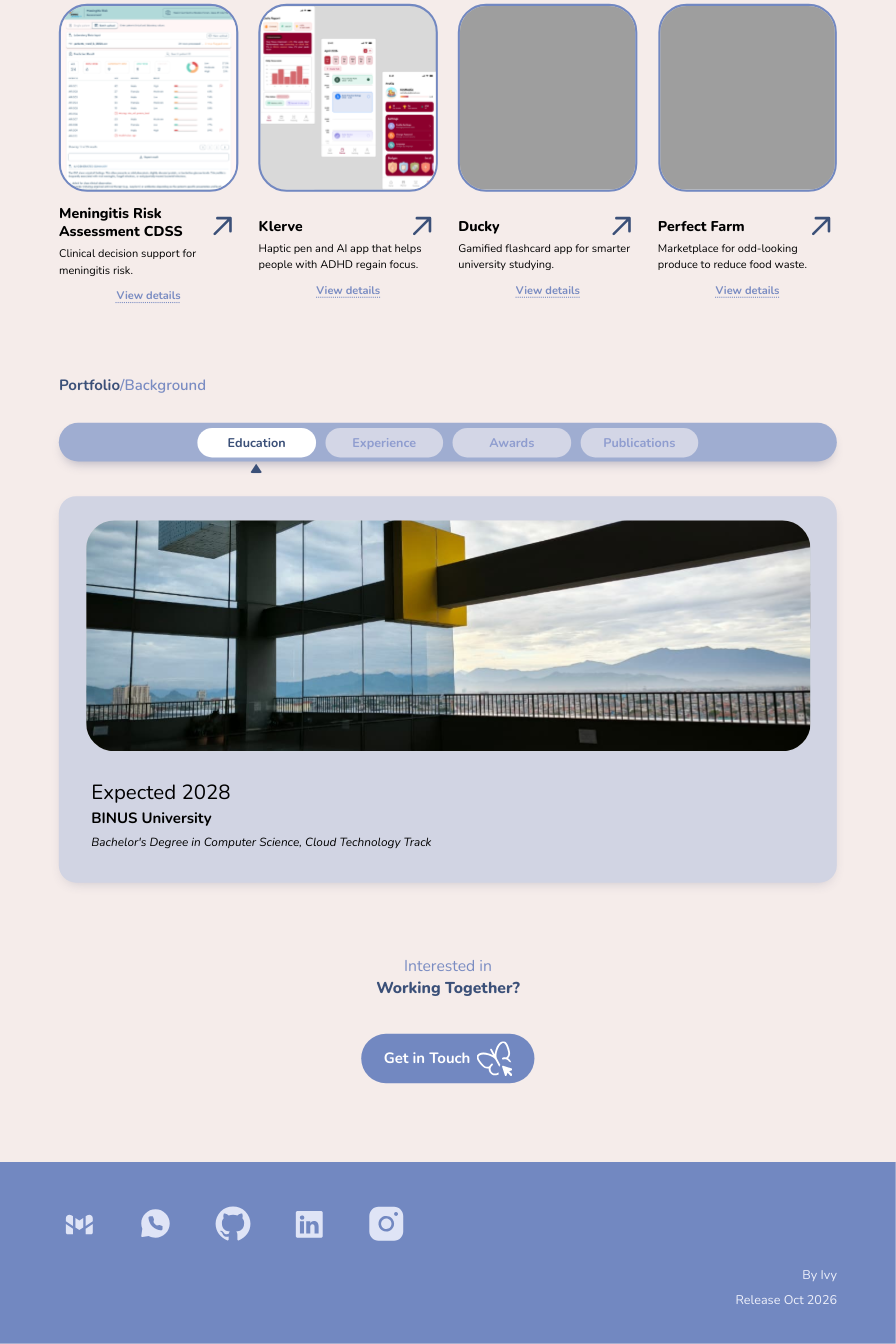
Repository: L-vy/L-vy
Page: /
The author's editor kept a copy of each file at every save. The page is drawn from the files as they stood at one save, then again after the next save.
The browser window is 1280 px wide. The pictures show the part of the page from y = 1338 to 3258 px (the page is 3258 px tall before and 3226 px after), at 70% of full size.
Pictures or frames that could not be fetched are drawn as grey boxes. Some web fonts or font styles are not loaded; a fallback is used. The project was rebuilt for these pictures with package versions that can differ from the ones it lists, and the page was loaded fresh each time. Also part of the build but not shown: vite.config.ts, src/components/ExperienceBinder.tsx, src/components/FolderCard.tsx, src/components/ProjectSidebar.tsx, src/pages/ProjectDetails.tsx.

Above is the page before, as saved 2026-10-07 22:01:17.

After the next save:
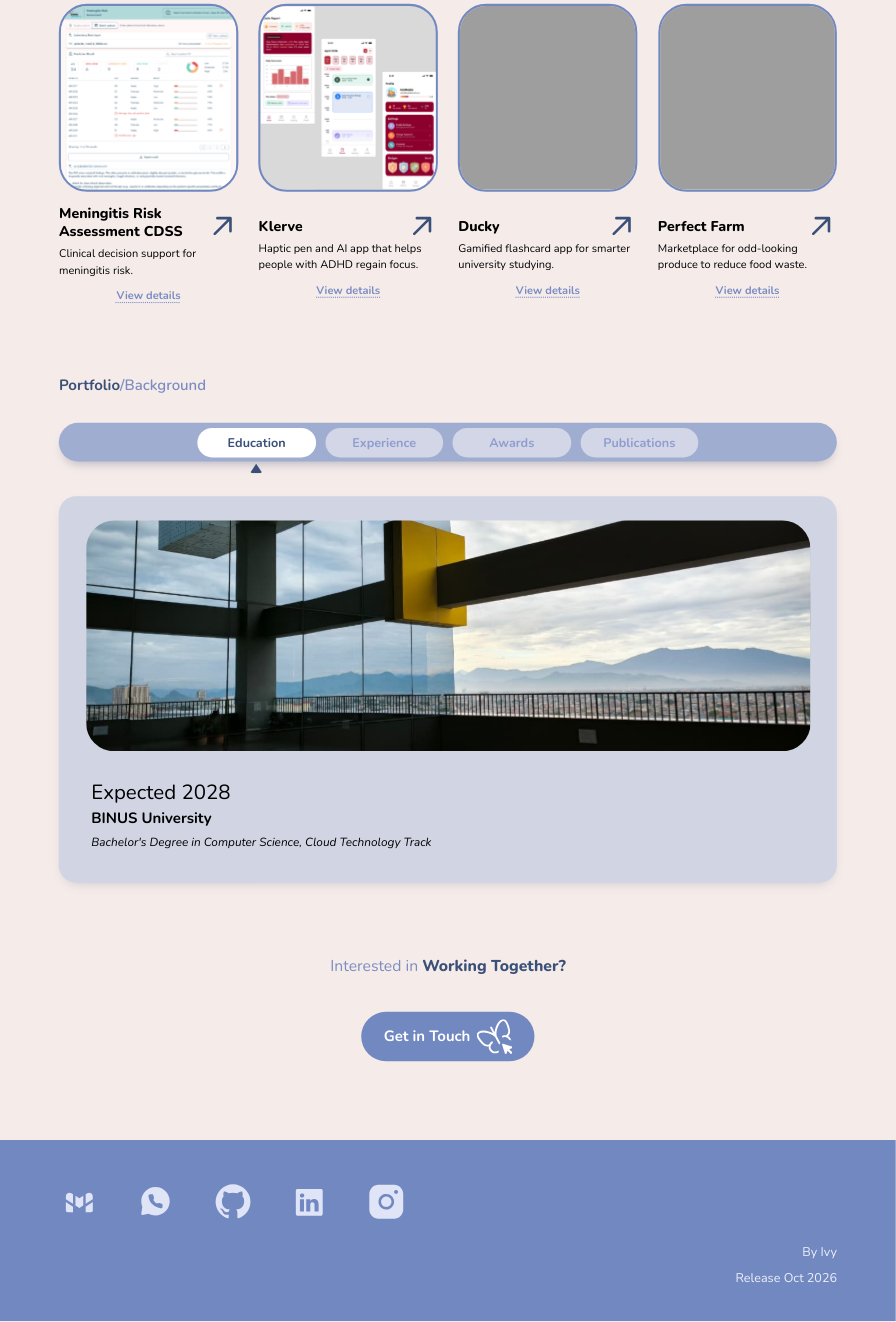
Saved 22 s later.
--- a/src/components/ContactSection.tsx
+++ b/src/components/ContactSection.tsx
@@ -4,7 +4,7 @@ export default function ContactSection() {
   const go = useGoTo()
   return (
     <section id="contact" className="contact">
-      <p className="endnote">Interested in <p className="endnote-highlight">Working Together?</p></p>
+      <p className="endnote">Interested in <label className="endnote-highlight">Working Together?</label></p>
       <button className="btn blue" onClick={() => go('contact', true)}>Get in Touch <Icon name="butterfly-cursor" size={34} /></button>
     </section>
   )
